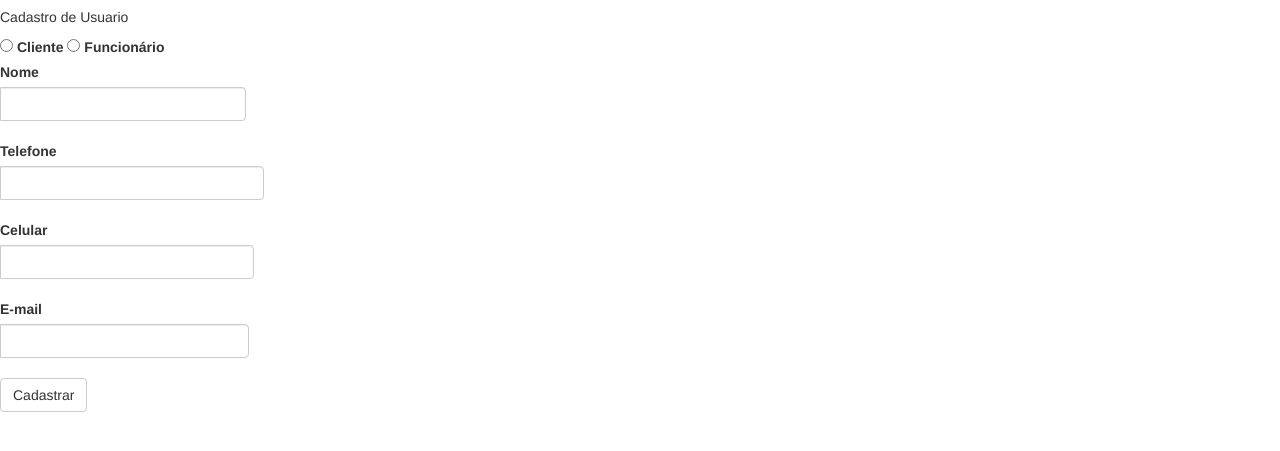
Repository: cadupedrassani/CursoDeJava
Page: Avaliação/BaseAPI/WebApp/src/main/webapp/usuario/cadastro.html
The author's editor kept a copy of each file at every save. The page is drawn from the files as they stood at one save, then again after the next save.
The browser window is 1280 px wide. The pictures show the whole page.

Above is the page before, as saved 2016-12-07 16:45:39.

### Avaliação/BaseAPI/WebApp/src/main/webapp/usuario/cadastro.html
<!DOCTYPE html>
<html>
<head>
<meta charset="UTF-8">
<title>Insert title here</title>
<link rel="stylesheet" href="/WebApp/resources/css/bootstrap.min.css">
</head>
<body>
<div>
	<h5>Cadastro de Usuario</h5>
</div>

<div>
<label>
	<input type="radio" name="tipo-usuario" value="0"> Cliente
</label>
<label>
	<input type="radio" name="tipo-usuario" value="1"> Funcionário
</label>
</div>

<div class="input-group">
	<label>Nome</label>
	<input id="nome-usuario"
	       type="text"
	       class="form-control"></input>
</div>
</br>

<div class="input-group">
	<label>Telefone</label>
	<input id="telefone-usuario"
	       type="text"
	       class="form-control"></input>
</div>
</br>

<div class="input-group">
	<label>Celular</label>
	<input id="celular-usuario"
	       type="text"
	       class="form-control"></input>
</div>
</br>

<div class="input-group">
	<label>E-mail</label>
	<input id="email-usuario"
	       type="text"
	       class="form-control"></input>
</div>
</br>

<div class="input-group">
	<button id="cadastrar"
	        type="button"
	        class="btn btn-default gold"
	        onclick="cadastrarUsuario();">Cadastrar</button>
</div>

<div id="modal-mensagens" class="modal fade" tabindex="-1" role="dialog">
	<div class="modal-dialog" role="document">
		<div class="modal-content">
			<div class="modal-header">
				<h5 id="modal-title" class="modal-title"></h5>
			</div>
			<div class="modal-body">
				<label id="modal-mensagem"></label>
			</div>
			<div class="modal-footer">
				<button type="button"
						class="btn btn-default gold"
						data-dismiss="modal">OK</button>
			</div>
		</div>
	</div>
</div>

<script src="/WebApp/resources/js/jquery.min.js"></script>
<script src="/WebApp/resources/js/bootstrap.min.js"></script>
<script src="/WebApp/resources/js/default.js"></script>

<script src="/WebApp/resources/js/usuario.js"></script>

</body>
</html>

### Avaliação/BaseAPI/WebApp/src/main/webapp/resources/js/default.js

function abrirTelaCadastroCategoria(){
	var url = "/WebApp/categoria/cadastro.html";
	$.get(url, '', function(data){
		$('#conteudo-principal').html(data);
	})
}

function abrirTelaPesquisaCategoria(){
	var url = "/WebApp/categoria/pesquisa.html";
	$.get(url, '', function(data){
		$('#conteudo-principal').html(data)
	})
}


function abrirTelaCadastroEndereco(){
	var url = "/WebApp/endereco/cadastro.html";
	$.get(url, '', function(data){
		$('#conteudo-principal').html(data);
	})
}

function abrirTelaCadastroFilme(){
	var url = "/WebApp/filme/cadastro.html";
	$.get(url, '', function(data){
		$('#conteudo-principal').html(data);
	})
}

function abrirTelaCadastroUsuario(){
	var url = "/WebApp/usuario/cadastro.html";
	$.get(url, '', function(data){
		$('#conteudo-principal').html(data);
	})
}

Loaded but not shown: Avaliação/BaseAPI/WebApp/src/main/webapp/resources/css/bootstrap.min.css (library); Avaliação/BaseAPI/WebApp/src/main/webapp/resources/js/jquery.min.js (library); Avaliação/BaseAPI/WebApp/src/main/webapp/resources/js/bootstrap.min.js (library); Avaliação/BaseAPI/WebApp/src/main/webapp/resources/js/usuario.js (no copy from this time; the picture is the same without it)

After the next save:
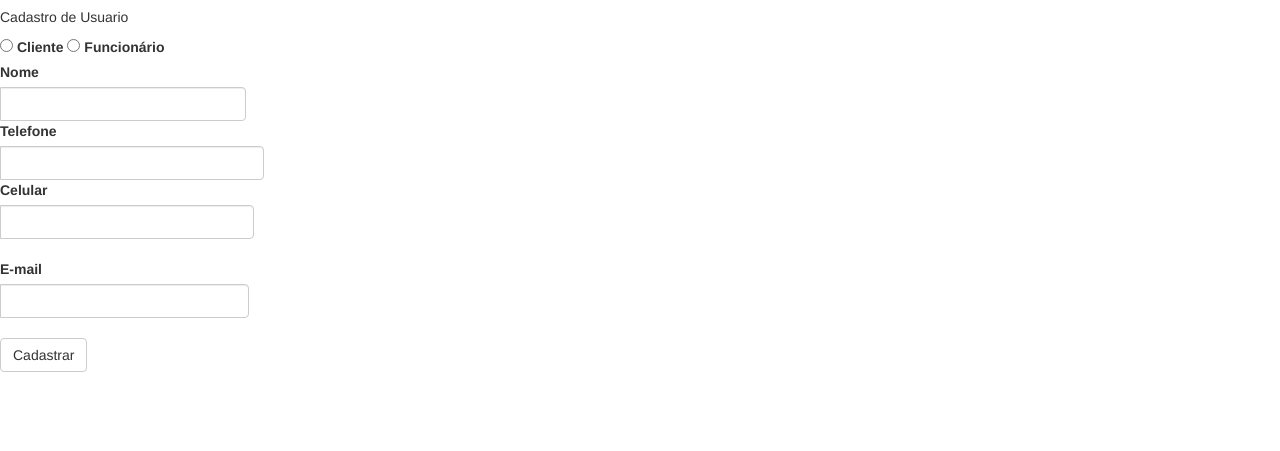
Saved 46 s later.
--- a/Avaliação/BaseAPI/WebApp/src/main/webapp/usuario/cadastro.html
+++ b/Avaliação/BaseAPI/WebApp/src/main/webapp/usuario/cadastro.html
@@ -25,7 +25,6 @@
 	       type="text"
 	       class="form-control"></input>
 </div>
-</br>
 
 <div class="input-group">
 	<label>Telefone</label>
@@ -33,7 +32,6 @@
 	       type="text"
 	       class="form-control"></input>
 </div>
-</br>
 
 <div class="input-group">
 	<label>Celular</label>

After the save that followed:
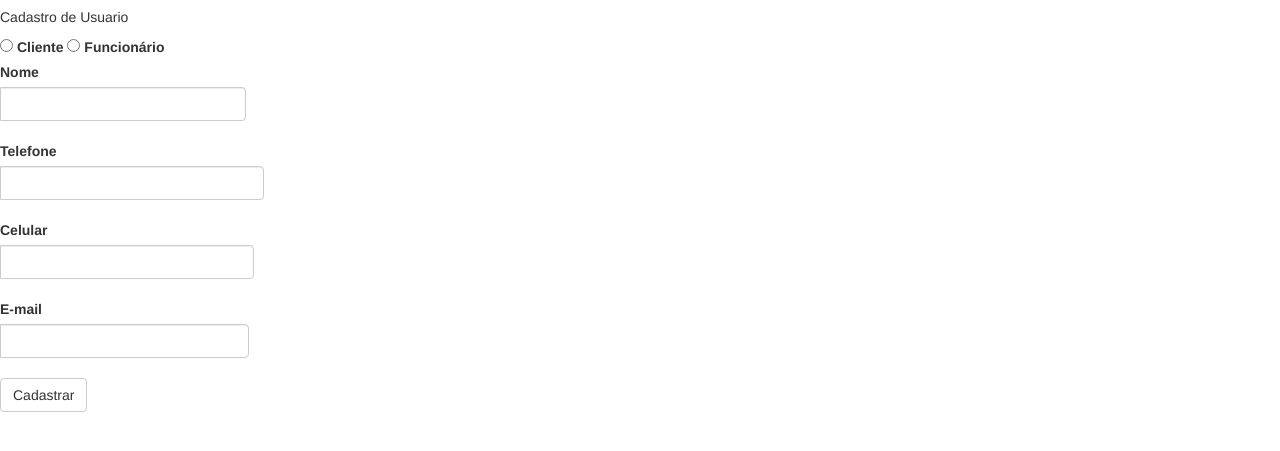
Saved 8 s later.
--- a/Avaliação/BaseAPI/WebApp/src/main/webapp/usuario/cadastro.html
+++ b/Avaliação/BaseAPI/WebApp/src/main/webapp/usuario/cadastro.html
@@ -25,6 +25,7 @@
 	       type="text"
 	       class="form-control"></input>
 </div>
+</br>
 
 <div class="input-group">
 	<label>Telefone</label>
@@ -32,6 +33,7 @@
 	       type="text"
 	       class="form-control"></input>
 </div>
+</br>
 
 <div class="input-group">
 	<label>Celular</label>
